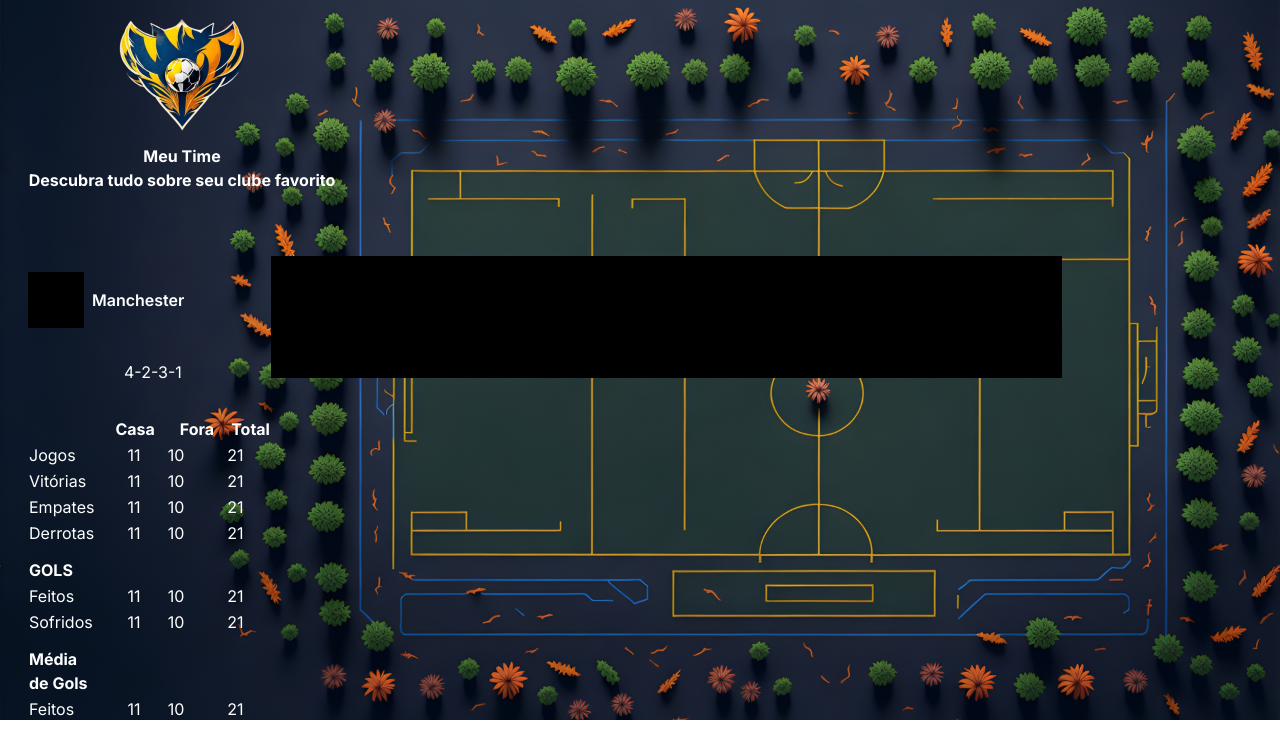
Repository: LuizAGDomingues/MeuTimeApp
Page: /statistics
These files come from the project's save history. The page is drawn as it stood at one moment and after the next save; the edit follows.
The browser window is 1280 px wide. The pictures show the whole page.
The project was rebuilt for these pictures with package versions that can differ from the ones it lists, and the page was loaded fresh each time. The framework's server and built-in components were replaced by stand-ins that run in the browser. Also part of the build but not shown: next.config.js.

Above is the page before, as saved 2023-05-26 14:25:05.

After the next save:
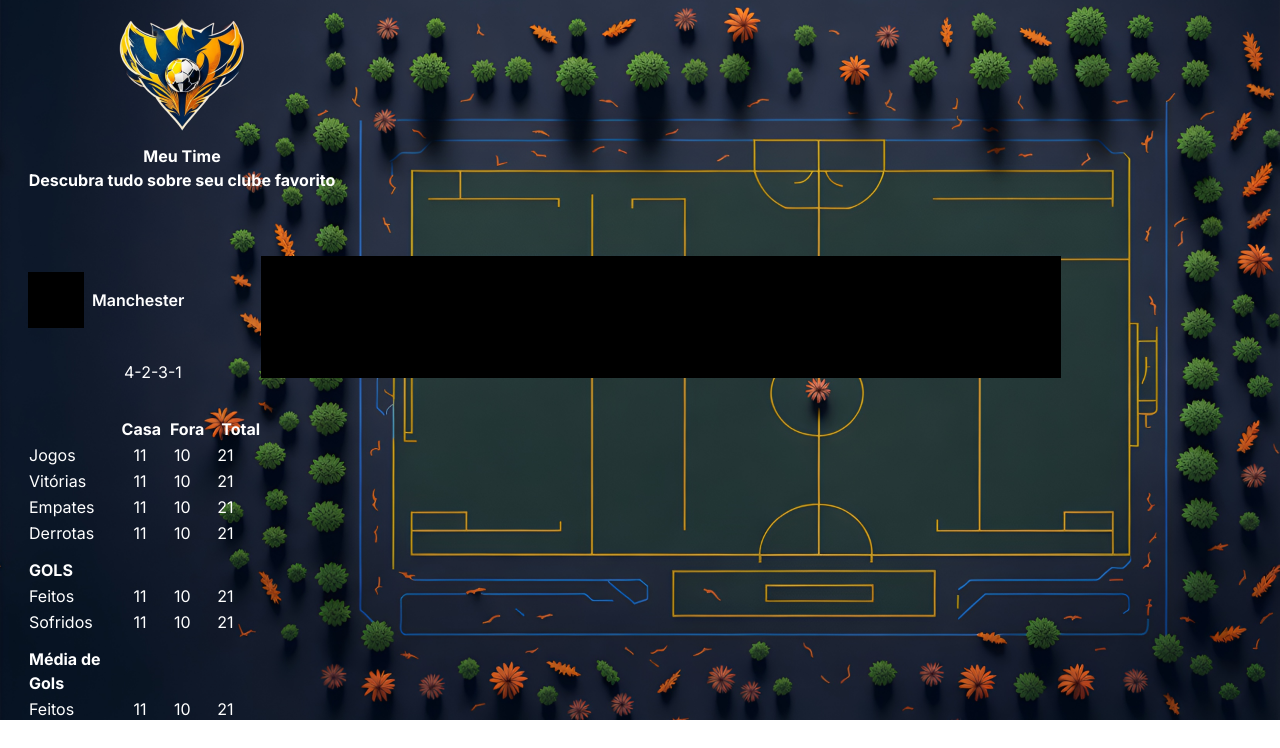
Saved 8 s later.
--- a/src/app/statistics/page.tsx
+++ b/src/app/statistics/page.tsx
@@ -65,7 +65,7 @@ function page() {
               <tr>
                 <th></th>
                 <th className="text-center pl-5">Casa</th>
-                <th className="text-center pl-6">Fora</th>
+                <th className="text-center pl-2">Fora</th>
                 <th className="text-center pl-4">Total</th>
               </tr>
             </thead>
